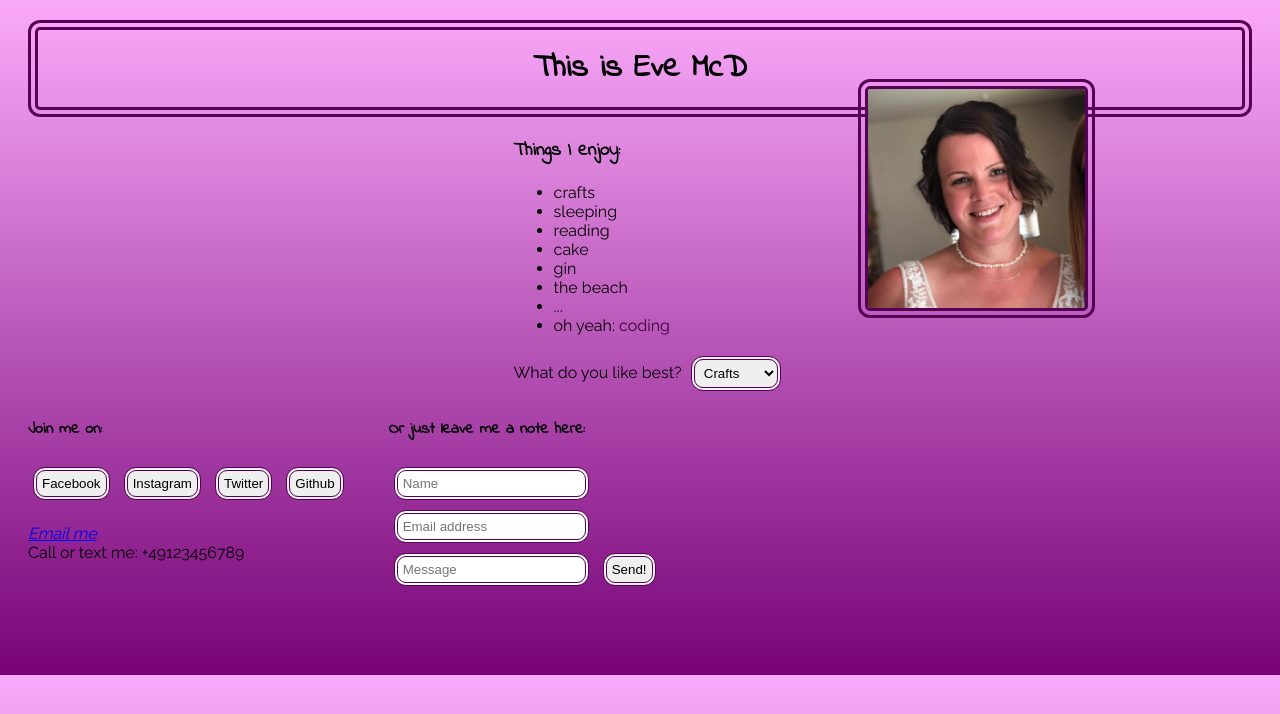
Repository: evemcd/Strive-Ignite-W1
Page: index.html
These files come from the project's save history. The page is drawn as it stood at one moment and after the next save; the edit follows.
The browser window is 1280 px wide. The pictures show the whole page.

Above is the page before, as saved 2021-01-17 22:44:20.

### index.html
<!DOCTYPE html>
<html>

<head>
    <title>Eve McDermott</title>
    <link rel="stylesheet" href="styles.css" />
    <link rel="preconnect" href="https://fonts.gstatic.com">
    <link rel="preconnect" href="https://fonts.gstatic.com">
    <link href="https://fonts.googleapis.com/css2?family=Indie+Flower&family=Raleway&display=swap" rel="stylesheet">
    <meta name="viewport" content="width=device-width, initial-scale=1.0">
</head>

<body>
    <div id="header">
        <div class="header-title">
            <h1>This is Eve McD</h1>
        </div>
                    <img src="Eve.jpg" class="header-image" alt="photo of Eve McD" />
        </div>
    <div class="hobbies">
        <h3>Things I enjoy:</h3>
        <ul>
            <li>crafts</li>
            <li>sleeping</li>
            <li>reading</li>
            <li>cake</li>
            <li>gin</li>
            <li>the beach</li>
            <li>...</li>
            <li>oh yeah: <span style="color: rgb(59, 0, 59);">coding</span></li>
        </ul>
    </div>

    <div class="hobbies">
        <label for="hobbies">What do you like best?</label>
        <select name="hobbies" id="hobbies" class="socialbutton">
            <option value="crafts">Crafts</option>
            <option value="sleeping">Sleeping</option>
            <option value="reading">Reading</option>
            <option value="cake">Cake</option>
            <option value="gin">Gin</option>
            <option value="beach">Beach</option>
            <option value="coding">Coding</option>
        </select>
    </div>
    <div class="container">
        <div class="div1">
            <h4>Join me on:</h4>
            <input type="button" href="www.facebook.com" value="Facebook" class="socialbutton" />
            <input type="button" href="www.instagram.com" value="Instagram" class="socialbutton" />
            <input type="button" href="www.twitter.com" value="Twitter" class="socialbutton" />
            <input type="button" href="www.github.com" value="Github" class="socialbutton" />
            <br><br>
            <address>
                <a href="mailto:eve@mcdermott.com">Email me </a>
            </address>
            Call or text me: +49123456789
            </p>
        </div>
        <div class="div1">
            <form>
                <h4>Or just leave me a note here:</h4>
                <input type="text" placeholder="Name" class="socialbutton" /><br>
                <input type="email" placeholder="Email address" class="socialbutton" /><br>
                <input type="text" placeholder="Message" class="socialbutton" />
                <input type="button" value="Send!" class="socialbutton" />
            </form>
        </div>
    </div>
    </div>
    <br><br><br><br>

</body>

</html>

### styles.css
body {
    background: rgb(251, 171, 251);
    background: linear-gradient(180deg, rgba(251, 171, 251, 1) 0%, rgba(119, 3, 119, 1) 100%);
    font-family: Raleway;
}

.div1 {
    display: inline-block;
    /* width: 40%; */
    vertical-align: top;
    margin: 0px 20px 0px 20px;
}

.container {
    display: flex;
    flex-flow: column wrap;
    flex-direction: row;
    justify-content: flex-start;
}

h1 {
    padding: 15px;
    margin: 20px;
    border: 10px double rgb(85, 1, 85);
    border-radius: 12px;
    text-align: center;
}

h1,
h2,
h3,
h4,
h5,
h6 {
    font-family: Indie Flower;
}

.textcenter {
    text-align: center;
}

.center {
    display: block;
    margin-left: auto;
    margin-right: auto;
    width: 20%;
    border: 10px double rgb(85, 1, 85);
    border-radius: 12px;
}

/* #header {
    width: 100%;
    height: 30vh;
    position: relative;
    background-color: red;
} */

/* .box1 {
    width: 100px;
    height: 100px;
    background-color: green;
    position: absolute;
    top: 10px;
    left: 10px;
    z-index: 2;
} */

.header-image {
    width: 17%;
    position: absolute;
    top: 11%;
    left: 67%;
    border: 10px double rgb(85, 1, 85);
    border-radius: 12px;
}

.socialbutton {
    border: 4px double rgb(85, 1, 85);
    border-radius: 12px;
    padding: 5px;
    margin: 5px;
}

.hobbies {
    margin-left: 40%;
}

@media screen and (max-width: 992px) {
    .div1 {
        display: inline-block;
        width: 100%;
        vertical-align: top;
    }

    .hobbies {
        margin-left: 10%;
    }
}

After the next save:
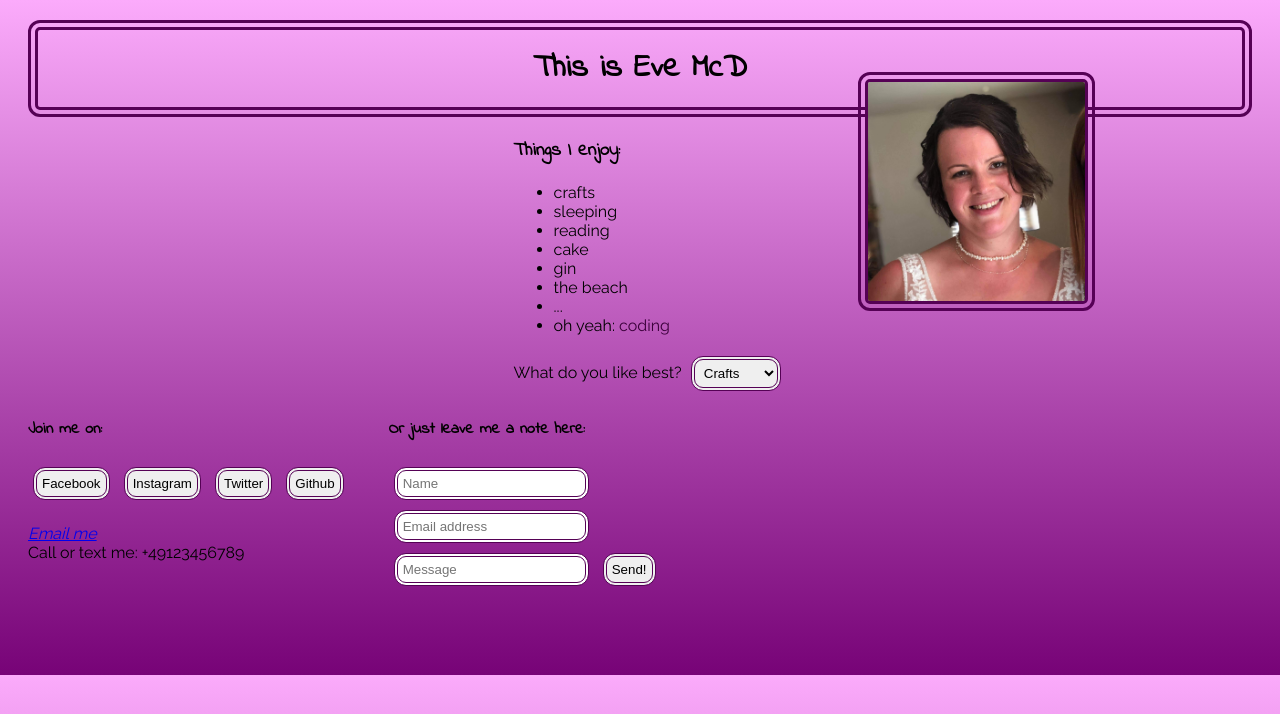
Saved 10 s later.
--- a/styles.css
+++ b/styles.css
@@ -68,7 +68,7 @@ h6 {
 .header-image {
     width: 17%;
     position: absolute;
-    top: 11%;
+    top: 10%;
     left: 67%;
     border: 10px double rgb(85, 1, 85);
     border-radius: 12px;
